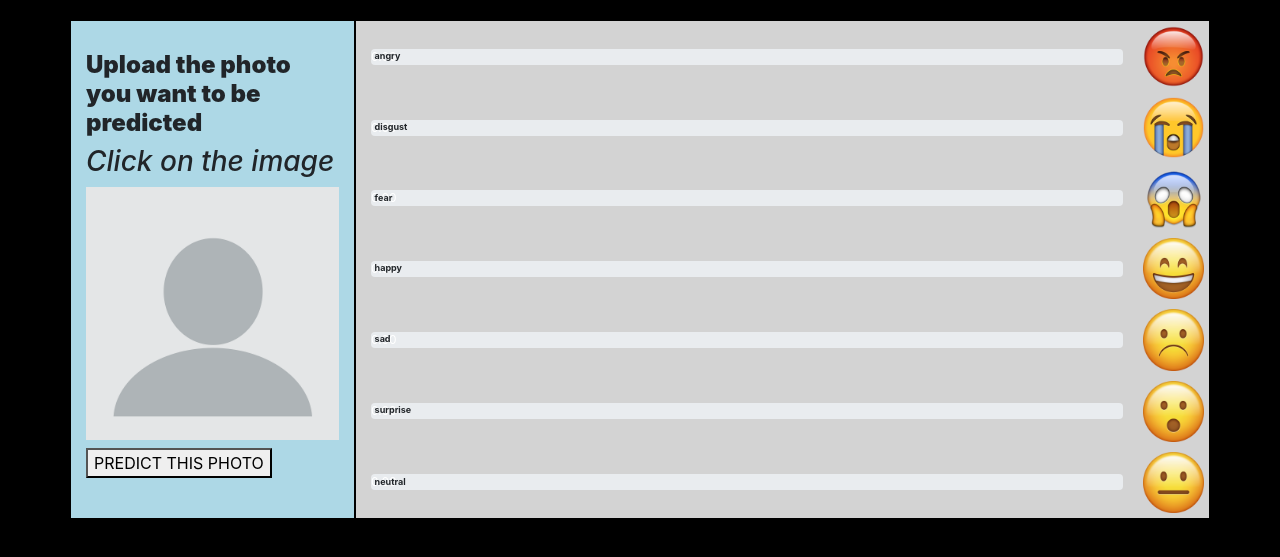
Repository: Jermaniac/TrabajoFinGradoGerman
Page: / (app in webprojectREACT/webexpresssionproject/)
These files come from the project's save history. The page is drawn as it stood at one moment and after the next save; the edit follows.
The browser window is 1280 px wide. The pictures show the whole page.
The project was rebuilt for these pictures with package versions that can differ from the ones it lists, and the page was loaded fresh each time.

Above is the page before, as saved 2021-05-05 13:03:03.

### webprojectREACT/webexpresssionproject/public/index.html
<!DOCTYPE html>
<html lang="en">
  <head>
    <meta charset="utf-8" />
    <link rel="icon" href="%PUBLIC_URL%/favicon.ico" />
    <meta name="viewport" content="width=device-width, initial-scale=1" />
    <meta name="theme-color" content="#000000" />
    <meta
      name="description"
      content="Web site created using create-react-app"
    />
    <title>Expression App</title>
  </head>
  <body>
    <div id="root"></div>
  </body>
</html>

### webprojectREACT/webexpresssionproject/src/index.js
import React from 'react';
import ReactDOM from 'react-dom';
import App from './components/App';
import './index.css'
// Bootstrap support for React
import 'bootstrap/dist/css/bootstrap.min.css'

import { configureStore } from './redux/configureStore'
import { Provider } from 'react-redux';

const store= configureStore();

const Root = (
  <Provider store={store}>
    <App />
  </Provider>
);

const rootElement = document.getElementById('root');

ReactDOM.render(
  Root,
  rootElement
);

### webprojectREACT/webexpresssionproject/src/components/App.jsx
import React from 'react'

import InfoExpressions from './InfoComponent'

import '../styles/App.css'
import { changeExpressions, changePhoto } from '../redux/actionCreators';

import { connect } from 'react-redux'
import FormComponent from './FormComponent';

const mapStateToProps = state => {
  return {
    expressions: state.expressions,
    photo: state.photo
  }
};

const mapDispatchToProps = dispatch => ({
  changeExpressions: (expressions) => dispatch(changeExpressions(expressions)),
  changePhoto: (photo) => dispatch(changePhoto(photo))
});

class App extends React.Component {

  render () {
    return (
        <div className="container">
          <div className="row">
              <FormComponent changeExpressions={this.props.changeExpressions}
              changePhoto={this.props.changePhoto}
              photo={this.props.photo}
              ></FormComponent>
              <InfoExpressions  expressions={this.props.expressions} ></InfoExpressions>
          </div>
        </div>
    );
  }

}

export default ( connect ( mapStateToProps, mapDispatchToProps )( App ))

### webprojectREACT/webexpresssionproject/src/redux/configureStore.js

import { createStore, combineReducers} from 'redux';
import { expressions } from './expressions'
import { photo } from './photo'

const combination = combineReducers({
    expressions,
    photo
});

export const configureStore = () => {

    const store = createStore(
        combination,
        // activate redux dev tools in browser
        window.__REDUX_DEVTOOLS_EXTENSION__ && window.__REDUX_DEVTOOLS_EXTENSION__()

    );

    return store;
}

### webprojectREACT/webexpresssionproject/src/components/InfoComponent.jsx
import React from 'react';
import '../styles/InfoComponent.css'

function InfoComponent({ expressions }) {

  if (expressions) {
    let expressionsFormatted = formatProbabilities(expressions);

    return (
    <div className="col-12 col-md-8 col-lg-9" id="info">
        {
        expressionsFormatted.map((expression) => {
          let emojiSrc = `./assets/images/emoji_${expression.mood}.png`;
          return (
            <div className="row" key={expression.mood}>
              <div className="col-11">
                <div className="progress">
                  <div
                    id="barra"
                    className="progress-bar"
                    aria-valuemin="0"
                    aria-valuemax="100"
                    style={{ width: expression.probability + "%" }}
                  >
                    {expression.probability}
                  </div>
                  <span className="badge">{expression.mood}</span>
                </div>
              </div>
              <div className="col-1" id="imageEmoji">
                <img
                  src={emojiSrc}
                  alt="emoji"
                ></img>
              </div>
            </div>
          );
        })
        }
      </div>
    // <div></div>
    );
  } else {
    return (
          <div>
          </div>
    );
  }
}

function formatProbabilities(expressions){
    return expressions.map( (expression) => {
        return  {
            mood: expression.mood,
            probability: (expression.probability * 100).toFixed(2)
        }

    })

}

export default InfoComponent;

### webprojectREACT/webexpresssionproject/src/styles/App.css
.container {
    padding: 20px;
}

### webprojectREACT/webexpresssionproject/src/redux/actionCreators.js
import * as ActionTypes from './actionTypes'

export const changeExpressions = (expressions) => ({
    type: ActionTypes.CHANGE_EXPRESSIONS,
    payload: {
        expressions: expressions
    }
});

export const changePhoto = (photo) => ({
    type: ActionTypes.CHANGE_PHOTO,
    payload: {
        photoUrl: URL.createObjectURL(photo)
    }
})

### webprojectREACT/webexpresssionproject/src/components/FormComponent.jsx
import { useState } from 'react';
import ImageUploadService from '../services/image-upload.service';
import '../styles/FormComponent.css'

function FormComponent({ changeExpressions, changePhoto, photo }) {

  const [getPhotoFile, setPhotoFile] = useState();

  const selectPhoto = (event) => {
    const photoSelect = event.target.files[0];
    setPhotoFile(photoSelect);
    changePhoto(photoSelect);
  };

  const requestPredict = () => {
    ImageUploadService.getMood(getPhotoFile).then((response) => {
      if (response) {
        console.log("Call API success!");
        changeExpressions(response.expressions);
      } else {
        console.log("Call API failed.");
      }
    });
  };

  return (
    <div className="col-12 col-md-4 col-lg-3" id="form">
      <div className="row">
        <h2>Upload the photo you want to be predicted</h2>
      </div>
      <div className="row">
        <h3>Click on the image</h3>
      </div>
      <div className="row">
        <label htmlFor="photo">
          <input
            type="file"
            name="photo"
            id="photo"
            accept="image/*"
            style={{ display: "none" }}
            onChange={selectPhoto}
          ></input>
          <img src={photo.photoUrl} alt="blankPic"></img>
        </label>
      </div>
      <div className="row">
        <button id="buttonSubmit" onClick={requestPredict}>
          PREDICT THIS PHOTO
        </button>
      </div>
    </div>
  );
}

export default FormComponent;

### webprojectREACT/webexpresssionproject/src/redux/expressions.js
import { EXPRESSIONS } from '../shared/expressions';
import * as ActionTypes from './actionTypes'

export const expressions = ( state = EXPRESSIONS, action ) => {
    switch (action.type) {
        case ActionTypes.CHANGE_EXPRESSIONS:
            let expressions = action.payload.expressions;
            return expressions;
        default:
            return state;
    }
};

### webprojectREACT/webexpresssionproject/src/redux/photo.js
import { PHOTO } from '../shared/photo';
import * as ActionTypes from './actionTypes'

export const photo = ( state = PHOTO, action ) => {
    switch (action.type) {
        case ActionTypes.CHANGE_PHOTO:
            let photo = action.payload;
            return photo;
        default:
            return state;
    }
};

### webprojectREACT/webexpresssionproject/src/styles/InfoComponent.css
.container-fluid {
    display: grid;
}
.col-11 {
    align-self: center;
}

#info {
    background-color: lightgrey;
    display: grid;
    border: 1px solid black;
}

### webprojectREACT/webexpresssionproject/src/redux/actionTypes.js
export const CHANGE_EXPRESSIONS = 'CHANGE_EXPRESSIONS'
export const CHANGE_PHOTO = 'CHANGE_PHOTO'

### webprojectREACT/webexpresssionproject/src/services/image-upload.service.js

const keyFile = "photo";
const urlApi =  "http://ec2-3-235-24-57.compute-1.amazonaws.com:9004/getMood";

class ImageUploadService {

  getMood(file) {

    const formData = new FormData();
    formData.append(keyFile, file);

    return fetch(urlApi, {
      method: "POST",
      body: formData,
    })
      .then((response) => response.json())
      .then((data) => {
        return data;
      })
      .catch((error) => console.error(error));
  }

}

export default new ImageUploadService();

### webprojectREACT/webexpresssionproject/src/styles/FormComponent.css

#form {
    background-color: lightblue;
    padding:30px;
    border: 1px solid black;
}

#imageEmoji {
    padding: 5px;
}

#form > .row {
    justify-content: left;
}

#form > .row > h2,h3{
    font-weight: 900;
    font-size: x-large;
}
#form > .row > h2{
    font-style: initial;
}
#form >.row > h3{
    font-style: italic;
}

img {
    width: 100%;
}

### webprojectREACT/webexpresssionproject/src/shared/expressions.js
export const EXPRESSIONS =
    [
        {
            mood: "angry",
            probability: 0.0
        },
        {
            mood: "disgust",
            probability: 0.0
        },
        {
            mood: "fear",
            probability: 0.0
        },
        {
            mood: "happy",
            probability: 0.0
        },
        {
            mood: "sad",
            probability: 0.0
        },
        {
            mood: "surprise",
            probability: 0.0
        },
        {
            mood: "neutral",
            probability: 0.0
        }
];

### webprojectREACT/webexpresssionproject/src/shared/photo.js
export const PHOTO =
    {
        photoUrl: "assets/images/blankPhoto.png"
    }

Loaded but not shown: webprojectREACT/webexpresssionproject/src/index.css (common file)

After the next save:
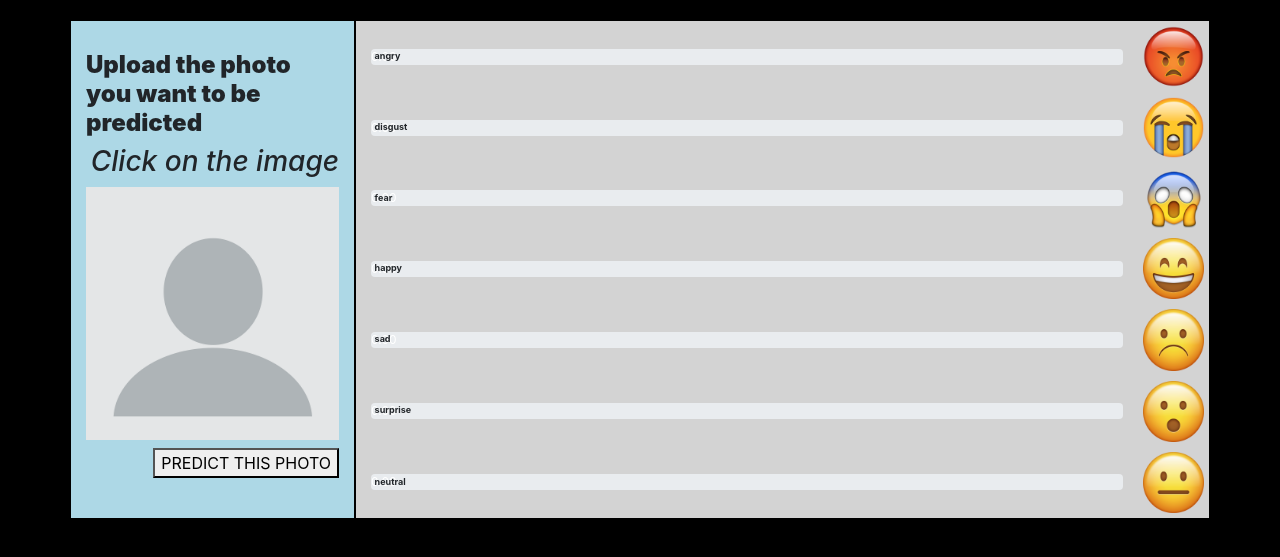
Saved 4 s later.
--- a/webprojectREACT/webexpresssionproject/src/styles/FormComponent.css
+++ b/webprojectREACT/webexpresssionproject/src/styles/FormComponent.css
@@ -10,7 +10,7 @@
 }
 
 #form > .row {
-    justify-content: left;
+    justify-content: right;
 }
 
 #form > .row > h2,h3{
